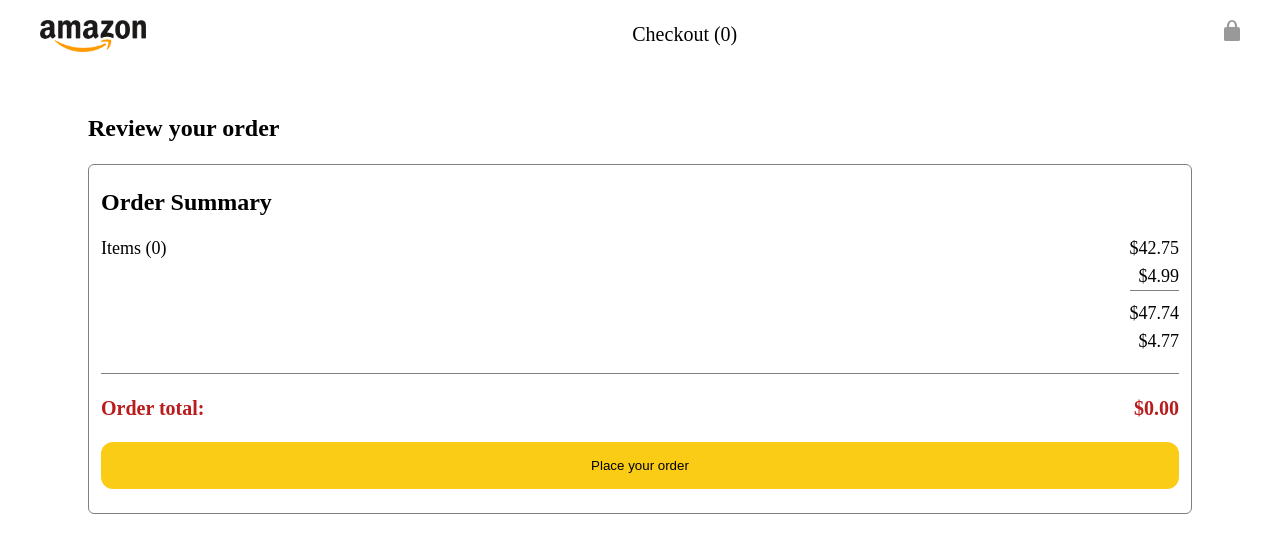
Repository: IssaMuiz/AmazonClone
Page: /Checkout
These files come from the project's save history. The page is drawn as it stood at one moment and after the next save; the edit follows.
The browser window is 1280 px wide. The pictures show the whole page.
The project was rebuilt for these pictures with package versions that can differ from the ones it lists, and the page was loaded fresh each time. Also part of the build but not shown: vite.config.js, src/Components/ProductContainer.jsx, src/Components/LeftNav.jsx, src/Components/MiddleNav.jsx, src/config/firebase.js, src/Components/RightNav.jsx, src/Components/Navbar.jsx, src/Components/ProductComponent.jsx and 2 more.

Above is the page before, as saved 2024-07-24 14:23:30.

### index.html
<!doctype html>
<html lang="en">
  <head>
    <meta charset="UTF-8" />
    <link rel="icon" type="image/svg+xml" href="/vite.svg" />
    <meta name="viewport" content="width=device-width, initial-scale=1.0" />
    <title>Amazon Clone</title>
  </head>
  <body>
    <div id="root"></div>
    <script type="module" src="/src/main.jsx"></script>
  </body>
</html>

### src/main.jsx
import ReactDOM from "react-dom/client";
import App from "./App.jsx";
import "./index.css";
import { Provider } from "react-redux";
import { store } from "./Components/state/store.js";
import { getTotal } from "./Components/state/cartSlice.js";

store.dispatch(getTotal());
ReactDOM.createRoot(document.getElementById("root")).render(
  <Provider store={store}>
    <App />
  </Provider>
);

### src/App.jsx
import ProductComponent from "./Components/ProductComponent";
import React from "react";
import Checkout from "./pages/Checkout";
import { BrowserRouter as Router, Routes, Route } from "react-router-dom";
import Login from "./pages/Login";

export const CartContext = React.createContext();

function App() {
  return (
    <Router>
      <Routes>
        <Route path="/" element={<ProductComponent />} />
        <Route path="/Checkout" element={<Checkout />} />
        <Route path="/Login" element={<Login />} />
        <Route
          path="*"
          element={<h1 className="text-center mt-20">PAGE NOT FOUND!</h1>}
        />
      </Routes>
    </Router>
  );
}

export default App;

### src/Components/state/store.js
import { configureStore } from "@reduxjs/toolkit";
import userReducer from "./cartSlice";

export const store = configureStore({
  reducer: {
    user: userReducer,
  },
});

### src/Components/state/cartSlice.js
import { createSlice } from "@reduxjs/toolkit";

const initialState = {
  cartItems: [],
  cartQuantity: 0,
  cartTotalAmount: 0,
};

const userSlice = createSlice({
  name: "cart",
  initialState,
  reducers: {
    addToCart(state, action) {
      state.cartQuantity++;
      state.cartTotalAmount += action.payload.price;
      const itemsIndex = state.cartItems.findIndex(
        (item) => item.id === action.payload.id
      );
      if (itemsIndex >= 0) {
        state.cartItems[itemsIndex].itemQuantity += 1;
      } else {
        const cartProd = { ...action.payload, itemQuantity: 1 };
        state.cartItems.push(cartProd);
      }

      localStorage.setItem("cartItems", JSON.stringify(state.cartItems));
    },
    calculateTotalPrice(state) {
      state.cartTotalAmount = state.cartItems.reduce(
        (total, items) => total + items.price * items.itemQuantity,
        0
      );
    },
    deleteCart(state, action) {
      const itemsIndex = state.cartItems.findIndex(
        (item) => item.id === action.payload
      );
      if (itemsIndex >= 0) {
        state.cartTotalAmount -=
          state.cartItems[itemsIndex].price *
          state.cartItems[itemsIndex].itemQuantity;
        state.cartItems = state.cartItems.filter(
          (item) => item.id !== action.payload
        );
      }
    },

    getTotal(state) {
      let { total, quantity } = state.cartItems.reduce(
        (cartTotal, cartItem) => {
          const { price, itemQuantity } = cartItem;
          const itemTotal = price * itemQuantity;

          cartTotal.total += itemTotal;
          cartTotal.quantity += itemQuantity;

          return cartTotal;
        },
        {
          total: 0,
          quantity: 0,
        }
      );

      state.cartTotalAmount = total;
      state.itemQuantity = quantity;
    },
  },
});

export const {
  addToCart,
  increaseCart,
  calculateTotalPrice,
  deleteCart,
  getTotal,
} = userSlice.actions;

export default userSlice.reducer;

### src/pages/Checkout.jsx
import { useSelector } from "react-redux";
import Cart from "./Cart";

const Checkout = () => {
  const cartProduct = useSelector((state) => state.user.cartItems);
  const cartIncrement = useSelector((state) => state.user.cartQuantity);
  const totalAmount = useSelector((state) => state.user.cartTotalAmount);

  return (
    <>
      <div className="fixed top-0 left-0 right-0 flex justify-between mx-10 py-5 bg-white h-10">
        <div>
          <img
            className="h-8 "
            src="src/assets/images/amazon-logo.png"
            alt=""
          />
        </div>
        <div className="text-xl">Checkout ({cartIncrement})</div>
        <div>
          <img
            className=""
            src="src/assets/images/checkout-lock-icon.png"
            alt=""
          />
        </div>
      </div>
      <div className="mx-20 mt-28">
        <h1 className="text-2xl mt-14 font-bold mb-5 ">Review your order</h1>
        <div style={{ border: "1px solid gray" }} className="rounded-md ">
          <div className="mx-3 my-6 ">
            <h2 className="font-bold mb-0">Order Summary</h2>
            <div
              style={{ borderBottom: "1px solid grey" }}
              className="flex justify-between"
            >
              <ul className="flex-col p-0 text-lg list-none">
                <li>Items ({cartProduct.length})</li>
              </ul>
              <ul className="text-end text-lg list-none">
                <li>$42.75</li>
                <li style={{ borderBottom: "1px solid grey" }} className="mb-2">
                  $4.99
                </li>
                <li>$47.74</li>
                <li>$4.77</li>
              </ul>
            </div>
            <div className="flex justify-between text-red-700 text-xl font-bold ">
              <p className="flex-start">Order total:</p>
              <p className="flex-end">${(totalAmount / 100).toFixed(2)}</p>
            </div>
            <button className=" border-none rounded-xl bg-yellow-400 w-full px-36 py-4">
              Place your order
            </button>
          </div>
        </div>
      </div>
      {cartProduct.map((product) => {
        return (
          <div key={product.id}>
            <Cart cartProduct={product} />
          </div>
        );
      })}
    </>
  );
};

export default Checkout;

### tailwind.config.js
/** @type {import('tailwindcss').Config}  */

export default {
  content: ["./index.html", "./src/**/*.{js,ts,jsx,tsx}"],
  theme: {
    screens: {
      mobile: "370px",
      tablet: "580px",
      desktop: "750px",
    },

    extend: {
      fontFamily: {
        sans: ["Roboto", "sans-serif"],
      },
    },
  },
  plugins: [],
  corePlugins: {
    preflight: false,
  },
};

Loaded but not shown: src/index.css (common file)

After the next save:
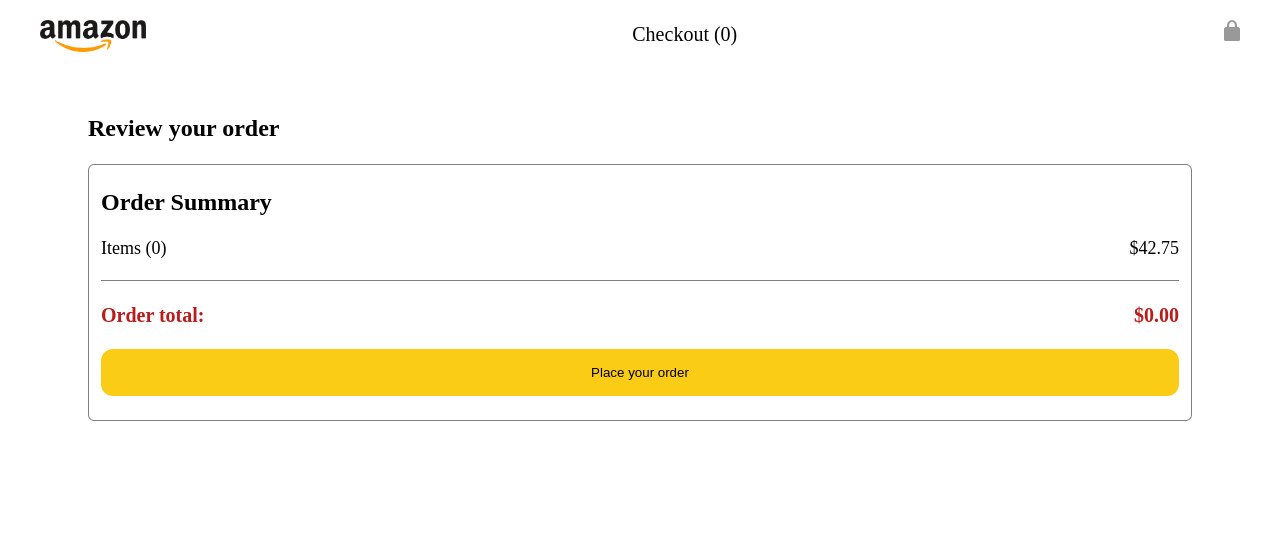
Saved 18 s later.
--- a/src/pages/Checkout.jsx
+++ b/src/pages/Checkout.jsx
@@ -39,11 +39,6 @@
               </ul>
               <ul className="text-end text-lg list-none">
                 <li>$42.75</li>
-                <li style={{ borderBottom: "1px solid grey" }} className="mb-2">
-                  $4.99
-                </li>
-                <li>$47.74</li>
-                <li>$4.77</li>
               </ul>
             </div>
             <div className="flex justify-between text-red-700 text-xl font-bold ">
